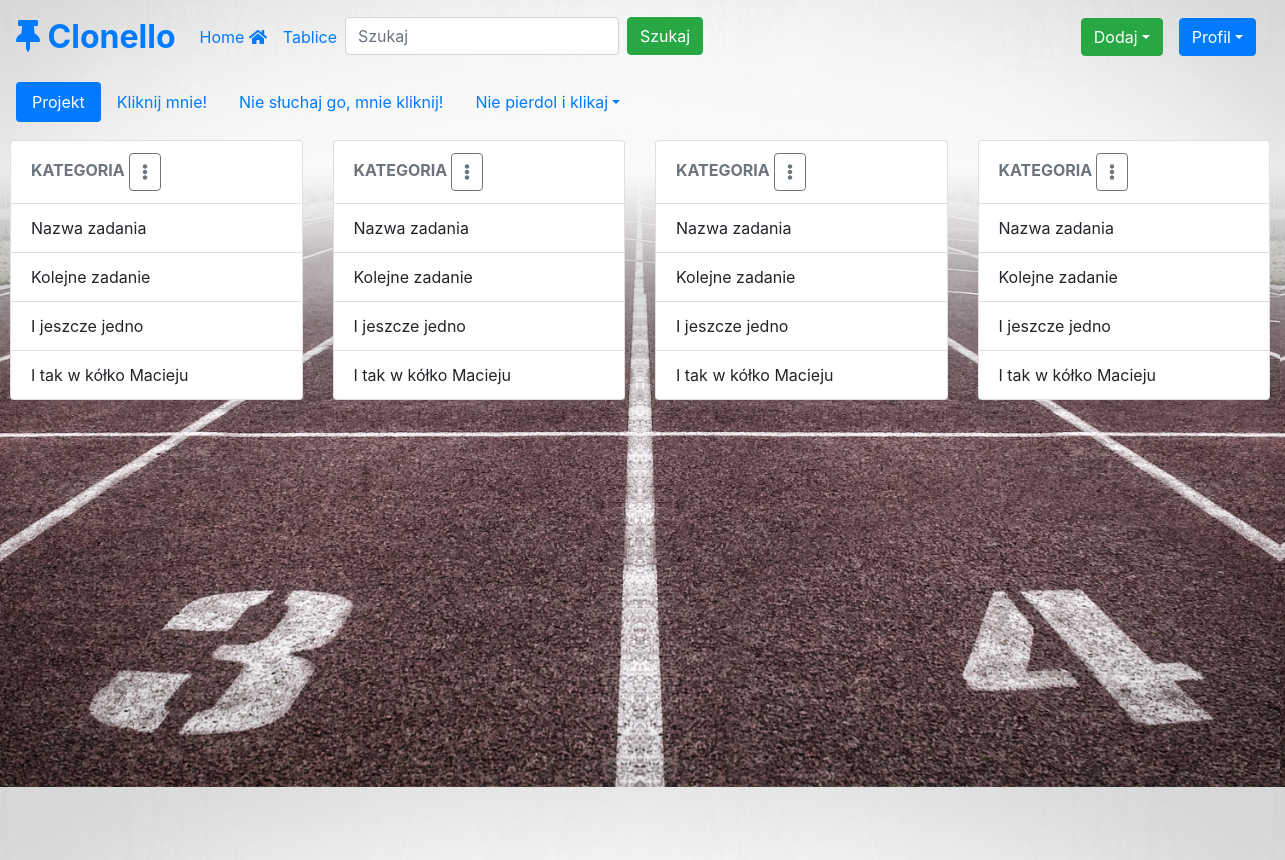
Repository: jnehlt/PAW-lab
Page: / (app in Frontend/clonello/)
An editor plug-in stored every save of this project. The page is shown before and after the next save, followed by the edit.
The browser window is 1280 px wide. The page is 1285 px wide, so the pictures cover 1285 px, including what lies to the right of the window. The pictures show the whole page.
The project was rebuilt for these pictures with package versions that can differ from the ones it lists, and the page was loaded fresh each time.

Above is the page before, as saved 2020-04-24 23:27:07.

### Frontend/clonello/src/main.js
import "@babel/polyfill";
import "mutationobserver-shim";
import Vue from "vue";
import "./plugins/bootstrap-vue";
import App from "./App.vue";
import router from "./router";
import "@fortawesome/fontawesome-free/css/all.css";
import "@fortawesome/fontawesome-free/js/all.js";

Vue.config.productionTip = false;

new Vue({
  router,
  render: h => h(App)
}).$mount("#app");

### Frontend/clonello/src/App.vue
<template>
  <div id="app">
    <topheader></topheader>
    <projectheader></projectheader>

    <div class="row">
        <maincard></maincard>
        <maincard></maincard>
        <maincard></maincard>
        <maincard></maincard>
        <maincard></maincard>
        <maincard></maincard>
        <maincard></maincard>
        <maincard></maincard>
    </div>
    <router-view />
  </div>
</template>

<script>
import TopHeader from "@/components/TopHeader.vue";
import ProjectHeader from "@/components/ProjectHeader.vue";
import MainCard from "@/components/MainCard.vue";

export default {
  components: {
    "topheader": TopHeader,
    "projectheader": ProjectHeader,
    "maincard": MainCard
  }
};
</script>

<style lang="scss">

body {
    background-image: url("../src/assets/running-track-sn-3000x2001.jpg");
    background-size: cover;
    background-position: center;
}

.dropdown-header {
    font-size: larger;
    font-weight: bolder;
}

html, body {
    height: 100%;
}

.list-head {
    font-weight: bolder;
    text-transform: uppercase;
}

.row {
  display: flex;
  flex-wrap: nowrap;
  overflow-x: auto;
  margin-left: -5px;
  margin-right: -5px;
  margin-top: 10px;
  height: 100vh;
}

::-webkit-scrollbar {
  height: 4px;              /* height of horizontal scrollbar ← You're missing this */
  width: 4px;               /* width of vertical scrollbar */
  border: 1px solid #d5d5d5;
  margin-left: -5px;
  margin-right: -5px;
}


</style>

### Frontend/clonello/src/components/TopHeader.vue
<template>
  <div>
    <nav class="navbar navbar-expand-lg">
      <a class="navbar-brand" href="#"><i class="fas fa-thumbtack"></i> Clonello</a>
      <button class="navbar-toggler navbar-dark" type="button" data-toggle="collapse" data-target="#navbarNav" aria-controls="navbarNav" aria-expanded="false" aria-label="Toggle navigation">
          <span class="navbar-toggler-icon"></span>
      </button>
      <div class="collapse navbar-collapse" id="navbarNav">
        <ul class="navbar-nav mr-auto">
          <li class="nav-item">
            <a class="nav-link" href="#">Home <i class="fas fa-home"></i></a>
          </li>
          <li class="nav-item">
            <a class="nav-link" href="#">Tablice</a>
          </li>
          <li class="nav-item">
            <form class="form-inline my-2 my-lg-0">
              <input class="form-control mr-sm-2" type="search" placeholder="Szukaj" aria-label="Search">
              <button class="btn btn-success my-2 my-sm-0" type="submit">Szukaj</button>
            </form>
          </li>
        </ul>
        <ul class="navbar-right navbar-nav">
          <li>
            <b-dropdown id="dropdown-right" right text="Dodaj" variant="success" class="m-2">
              <b-dropdown-item href="#">Coś</b-dropdown-item>
              <b-dropdown-item href="#">Coś innego</b-dropdown-item>
              <b-dropdown-item href="#">Dobra, spierdalaj!</b-dropdown-item>
            </b-dropdown>
            <b-dropdown id="dropdown-right" right text="Profil" variant="primary" class="m-2">
              <b-dropdown-item href="#">Ustawienia</b-dropdown-item>
              <b-dropdown-item href="#">Wyloguj</b-dropdown-item>
            </b-dropdown>
          </li>
        </ul>
      </div>
    </nav>
  </div>
  <!-- class="btn btn-success" type="button" data-toggle="collapse" data-target="#collapseAdd" aria-expanded="false" aria-controls="collapseAdd">Dodaj <i class="fas fa-plus"></i>
            </button> -->
</template>

<script>



export default {

};
</script>

<!-- Add "scoped" attribute to limit CSS to this component only -->
<style scoped lang="scss">
.navbar-brand {
    font-weight: bolder;
    font-size: 2em;
}

.navbar {
    background-color: transparent;
}

.navbar-toggler {
    background-color: #4e555b;
}

</style>

### Frontend/clonello/src/components/ProjectHeader.vue
<template>
  <div>
      <div class="navbar navbar-expand-lg">
      <ul class="nav nav-pills nav-fill">
        <li class="nav-item">
          <a class="nav-link active" href="#">Projekt</a>
        </li>
        <li class="nav-item">
          <a class="nav-link" href="#">Kliknij mnie!</a>
        </li>
        <li class="nav-item">
          <a class="nav-link" href="#">Nie słuchaj go, mnie kliknij!</a>
        </li>
        <li class="nav-item dropdown">
          <b-nav-item-dropdown text="Nie pierdol i klikaj" right>
            <b-dropdown-item href="#">Wkurwia</b-dropdown-item>
            <b-dropdown-item href="#">Mnie</b-dropdown-item>
            <b-dropdown-item href="#">Ta</b-dropdown-item>
            <b-dropdown-item href="#">Uczelnia</b-dropdown-item>
          </b-nav-item-dropdown>
        </li>
      </ul>
    </div>
  </div>
</template>

<script>
export default {

}
</script>

<style>
.navbar-brand {
    font-weight: bolder;
    font-size: 2em;
}

.navbar {
    background-color: transparent;
}

.navbar-toggler {
    background-color: #4e555b;
}

</style>

### Frontend/clonello/src/components/MainCard.vue
<template>
        <div class="col-3 col-md-3 col-sm-3">
            <ul class="list-group">
                <li class="list-group-item disabled list-head justify-content-between">Kategoria <b-button variant="outline-secondary"><i class="fas fa-ellipsis-v"></i></b-button></li>
                <li class="list-group-item">Nazwa zadania</li>
                <li class="list-group-item">Kolejne zadanie</li>
                <li class="list-group-item">I jeszcze jedno</li>
                <li class="list-group-item">I tak w kółko Macieju</li>
            </ul>
        </div>

</template>

<script>
export default {

}
</script>

<style>

</style>

### Frontend/clonello/src/views/Home.vue
<template>
  <div class="home"></div>
</template>

<script>
// @ is an alias to /src
export default {
  name: "Home",
  components: {}
};
</script>

Loaded but not shown: Frontend/clonello/public/index.html (common file); Frontend/clonello/src/plugins/bootstrap-vue.js (common file); Frontend/clonello/src/router/index.js (common file)

After the next save:
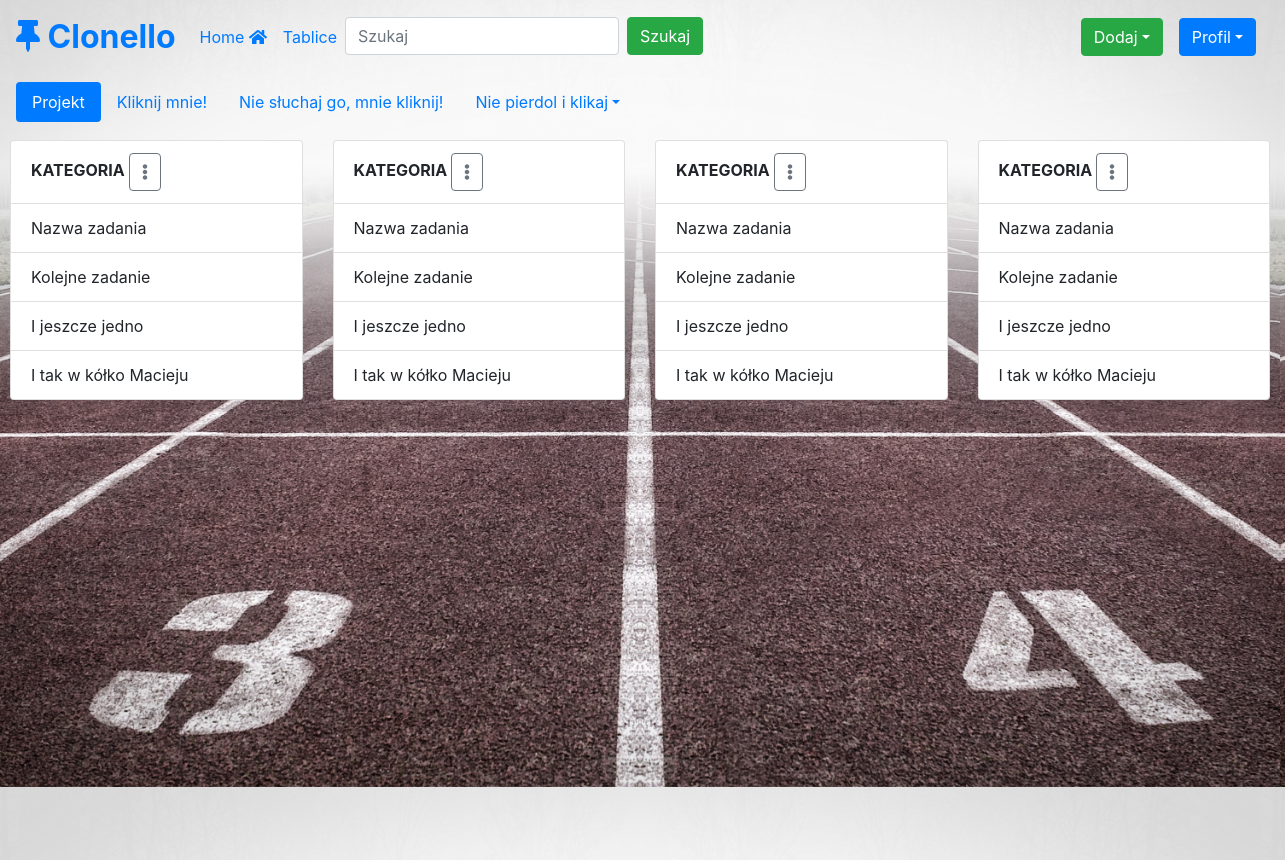
Saved 13 s later.
--- a/Frontend/clonello/src/components/MainCard.vue
+++ b/Frontend/clonello/src/components/MainCard.vue
@@ -1,7 +1,7 @@
 <template>
         <div class="col-3 col-md-3 col-sm-3">
             <ul class="list-group">
-                <li class="list-group-item disabled list-head justify-content-between">Kategoria <b-button variant="outline-secondary"><i class="fas fa-ellipsis-v"></i></b-button></li>
+                <li class="list-group-item list-head justify-content-between">Kategoria <b-button variant="outline-secondary"><i class="fas fa-ellipsis-v"></i></b-button></li>
                 <li class="list-group-item">Nazwa zadania</li>
                 <li class="list-group-item">Kolejne zadanie</li>
                 <li class="list-group-item">I jeszcze jedno</li>
